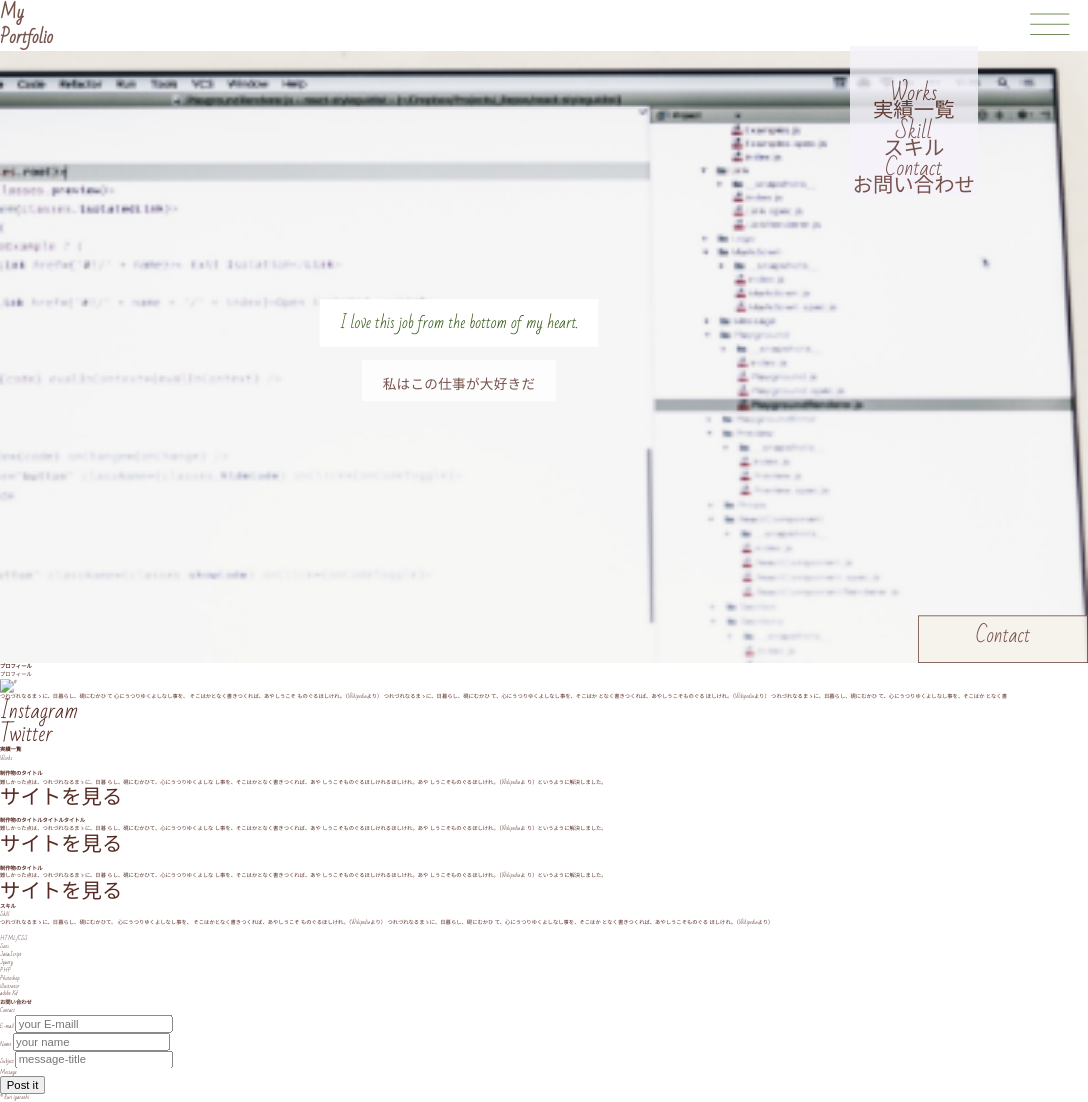
Repository: ppmp556/igarashi.kakuu
Page: index.html
The author's editor kept a copy of each file at every save. The page is drawn from the files as they stood at one save, then again after the next save.
The browser window is 1280 px wide. The pictures show the whole page, at 85% of full size.
Some web libraries are served in a nearby version. The style sheet was rebuilt from its Sass, Less or Tailwind sources for each picture, by a compiler version that may differ from the author's.

Above is the page before, as saved 2020-10-22 12:23:48.
Console error: TypeError: Cannot read properties of null (reading 'addEventListener')

After the next save:
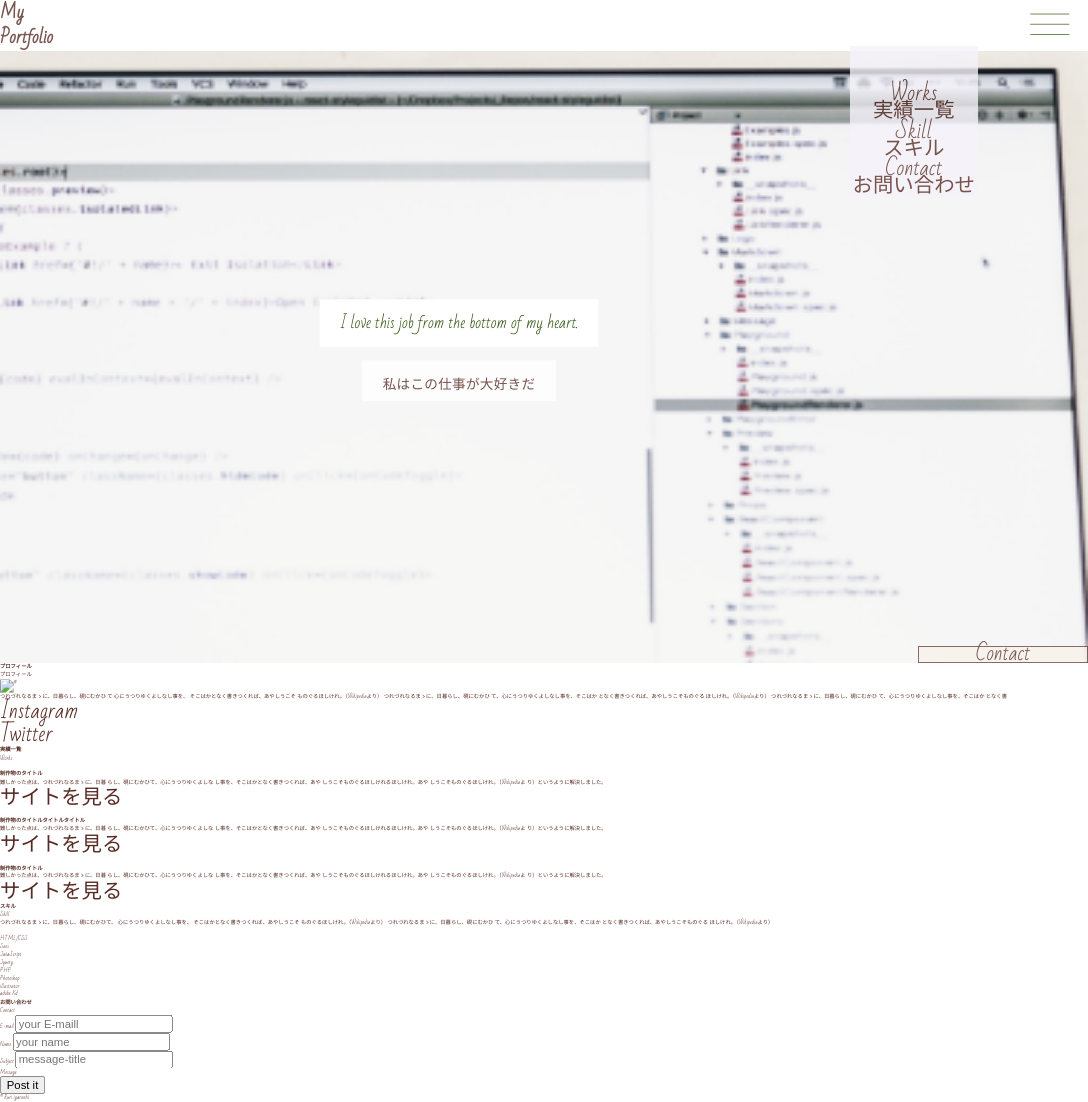
Saved 21 s later.
--- a/scss/style.scss
+++ b/scss/style.scss
@@ -323,7 +323,7 @@ kv
     justify-content: center;
 
     width: 20rem;
-    height: 5.6rem;
+    line-height: 5.6px;
     margin-top: auto;
 
     opacity: 0.8;
